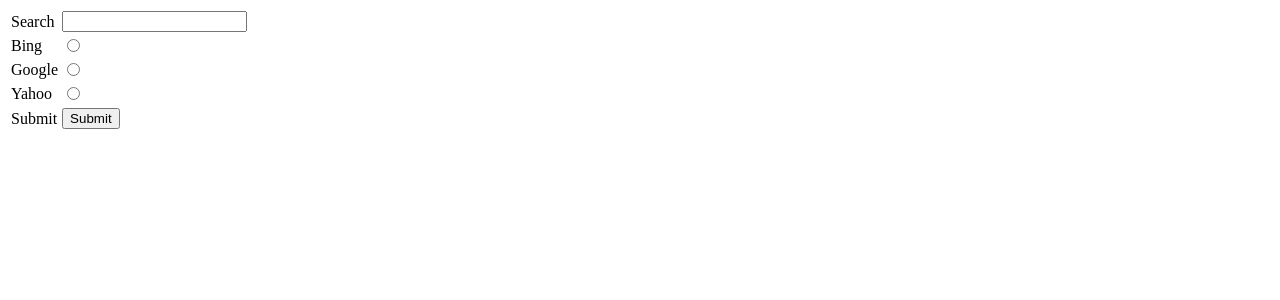
Repository: pawankumarsharm/UST_JDBC_SERVLET
Page: jdbc/webappp/WebContent/search.html
An editor plug-in stored every save of this project. The page is shown before and after the next save, followed by the edit.
The browser window is 1280 px wide. The pictures show the whole page.

Above is the page before, as saved 2019-11-14 04:34:08.

After the next save:
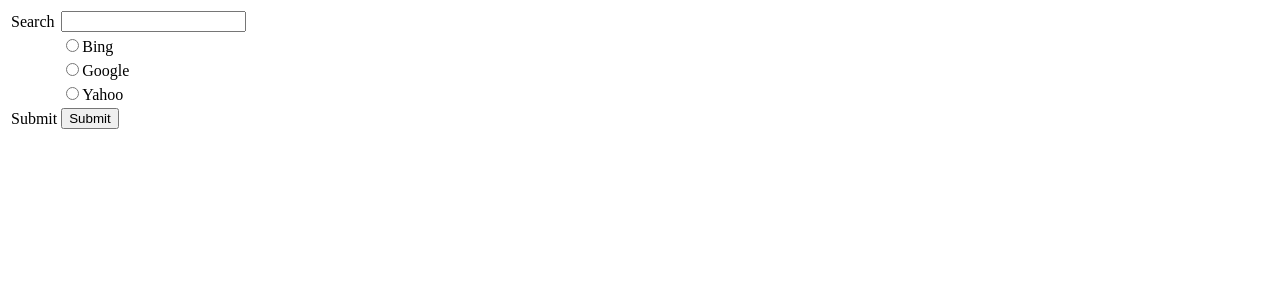
Saved 40 s later.
--- a/jdbc/webappp/WebContent/search.html
+++ b/jdbc/webappp/WebContent/search.html
@@ -12,20 +12,20 @@
 <td><input name="search" type="text"></td>
 </tr>
 <tr>
-<td>Bing</td>
-<td><input type="radio" name="select" value="Bing"></td>
+<td></td>
+<td><input type="radio" name="select" value="Bing">Bing</td>
 
 </tr>
 
 <tr>
-<td>Google</td>
-<td><input type="radio" name="select" value="Google"></td>
+<td></td>
+<td><input type="radio" name="select" value="Google">Google</td>
 
 </tr>
 
 <tr>
-<td>Yahoo</td>
-<td><input type="radio" name="select" value="Yahoo"></td>
+<td></td>
+<td><input type="radio" name="select" value="Yahoo">Yahoo</td>
 
 </tr>
 <tr>
